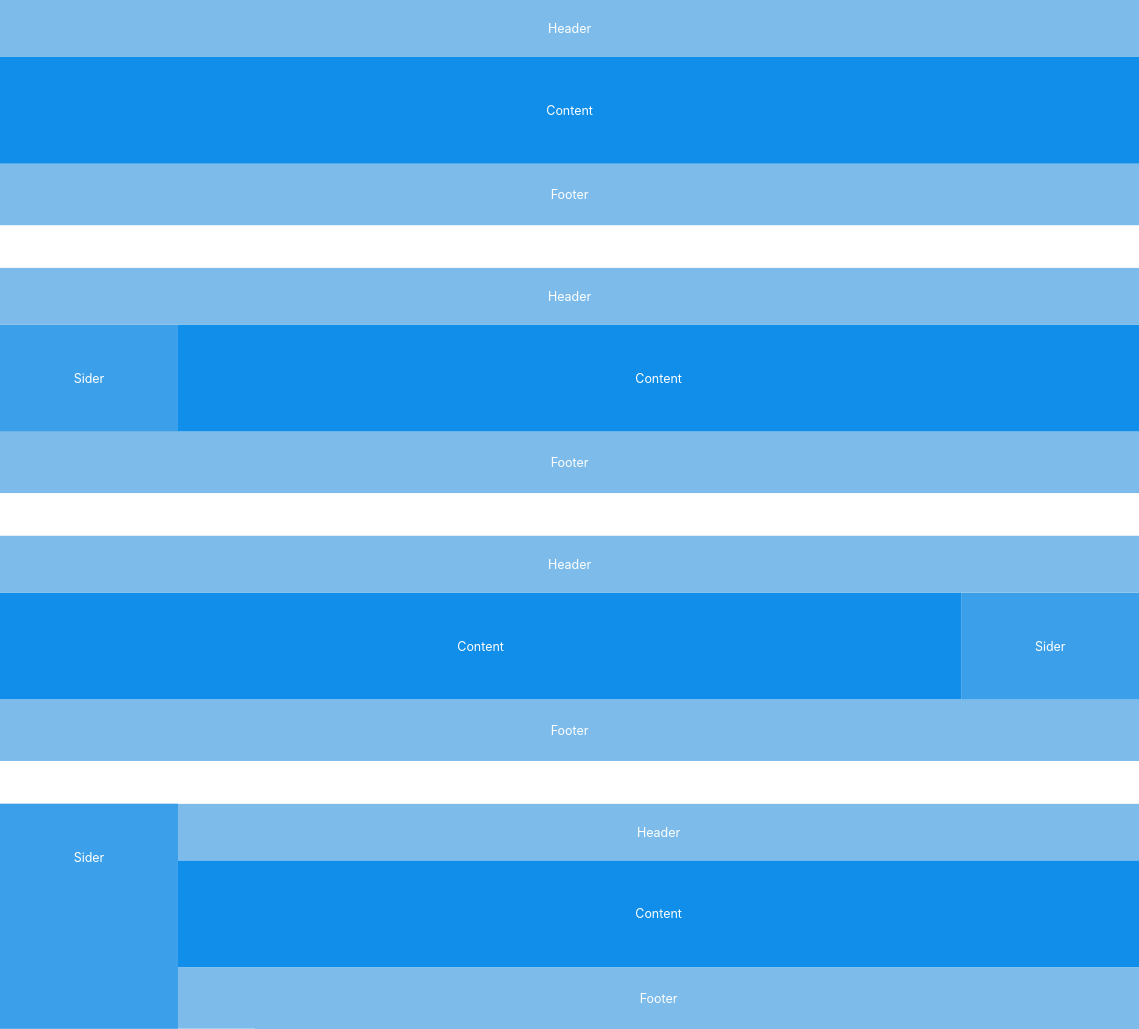
Repository: huynhnt1406/cocktail
Page: /
The author's editor kept a copy of each file at every save. The page is drawn from the files as they stood at one save, then again after the next save.
The browser window is 1280 px wide. The pictures show the whole page, at 89% of full size.
The project was rebuilt for these pictures with package versions that can differ from the ones it lists, and the page was loaded fresh each time.

Above is the page before, as saved 2021-05-05 23:34:04.

### public/index.html
<!DOCTYPE html>
<html lang="">
  <head>
    <meta charset="utf-8">
    <meta http-equiv="X-UA-Compatible" content="IE=edge">
    <meta name="viewport" content="width=device-width,initial-scale=1.0">
    <link rel="icon" href="<%= BASE_URL %>favicon.ico">
    <title><%= htmlWebpackPlugin.options.title %></title>
    <link rel="preconnect" href="https://fonts.gstatic.com">
    <link href="https://fonts.googleapis.com/css2?family=Poppins:ital,wght@0,200;0,300;1,400&display=swap" rel="stylesheet">
  </head>
  <body>
    <noscript>
      <strong>We're sorry but <%= htmlWebpackPlugin.options.title %> doesn't work properly without JavaScript enabled. Please enable it to continue.</strong>
    </noscript>
    <div id="app"></div>
    <!-- built files will be auto injected -->
  </body>
</html>

### src/main.js
import Vue from 'vue'
import App from './App.vue'
import store from './store/index'
import router from './router/index'
import 'ant-design-vue/dist/antd.css';
import Antd from 'ant-design-vue';
Vue.config.productionTip = false
Vue.use(Antd);
new Vue({
  store,
  router,
  render: h => h(App),
}).$mount('#app')

### src/App.vue
<template>
  <div id="components-layout-demo-basic">
    <a-layout>
      <a-layout-header>Header</a-layout-header>
      <a-layout-content>Content</a-layout-content>
      <a-layout-footer>Footer</a-layout-footer>
    </a-layout>

    <a-layout>
      <a-layout-header>Header</a-layout-header>
      <a-layout>
        <a-layout-sider>Sider</a-layout-sider>
        <a-layout-content>Content</a-layout-content>
      </a-layout>
      <a-layout-footer>Footer</a-layout-footer>
    </a-layout>

    <a-layout>
      <a-layout-header>Header</a-layout-header>
      <a-layout>
        <a-layout-content>Content</a-layout-content>
        <a-layout-sider>Sider</a-layout-sider>
      </a-layout>
      <a-layout-footer>Footer</a-layout-footer>
    </a-layout>

    <a-layout>
      <a-layout-sider>Sider</a-layout-sider>
      <a-layout>
        <a-layout-header>Header</a-layout-header>
        <a-layout-content>Content</a-layout-content>
        <a-layout-footer>Footer</a-layout-footer>
      </a-layout>
    </a-layout>
  </div>
</template>

<style>
#components-layout-demo-basic {
  text-align: center;
}
#components-layout-demo-basic .ant-layout-header,
#components-layout-demo-basic .ant-layout-footer {
  background: #7dbcea;
  color: #fff;
}
#components-layout-demo-basic .ant-layout-footer {
  line-height: 1.5;
}
#components-layout-demo-basic .ant-layout-sider {
  background: #3ba0e9;
  color: #fff;
  line-height: 120px;
}
#components-layout-demo-basic .ant-layout-content {
  background: rgba(16, 142, 233, 1);
  color: #fff;
  min-height: 120px;
  line-height: 120px;
}
#components-layout-demo-basic > .ant-layout {
  margin-bottom: 48px;
}
#components-layout-demo-basic > .ant-layout:last-child {
  margin: 0;
}
</style>

### src/store/index.js
import Vue from 'vue'
import Vuex from 'vuex'
import cocktail from './modules/cocktail'
Vue.use(Vuex)
export default new Vuex.Store({
    modules:{
        cocktail
    }
})

### src/router/index.js
import Vue from 'vue'
import VueRouter from 'vue-router'

Vue.use(VueRouter)

export default new VueRouter({
    mode:'history'
})

### src/store/modules/cocktail.js
import axios from 'axios'

const state = {
    cocktailLists: []
}
const getters = {
    allCocktails : state => state.cocktailLists
}
const actions = {
    async fetchCocktail({commit}){
        const res = await axios.get('https://www.thecocktaildb.com/api/json/v1/1/search.php?f=b')
        commit('getCocktail', res.data.drinks)
        console.log(res.data.drinks)
    }
}

const mutations = {
    getCocktail : (state, cocktailLists) => state.cocktailLists = cocktailLists
}

export default {
    state,getters,actions,mutations
}

After the next save:
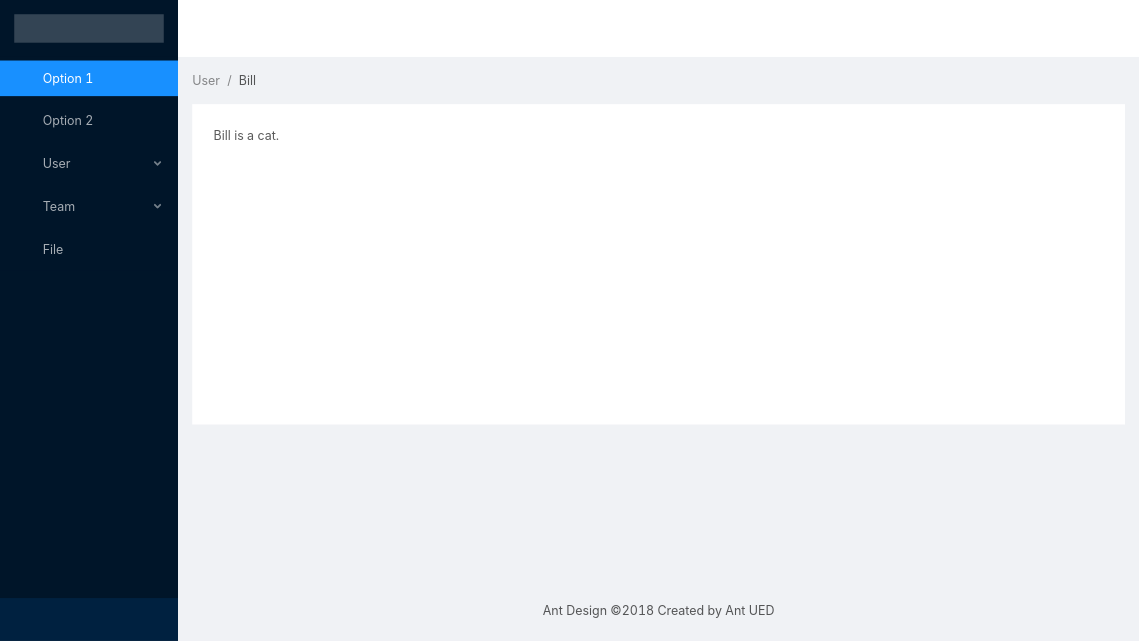
Saved 2 min 50 s later.
--- a/src/App.vue
+++ b/src/App.vue
@@ -1,67 +1,74 @@
 <template>
-  <div id="components-layout-demo-basic">
+  <a-layout id="components-layout-demo-side" style="min-height: 100vh">
+    <a-layout-sider v-model="collapsed" collapsible>
+      <div class="logo" />
+      <a-menu theme="dark" :default-selected-keys="['1']" mode="inline">
+        <a-menu-item key="1">
+          <a-icon type="pie-chart" />
+          <span>Option 1</span>
+        </a-menu-item>
+        <a-menu-item key="2">
+          <a-icon type="desktop" />
+          <span>Option 2</span>
+        </a-menu-item>
+        <a-sub-menu key="sub1">
+          <span slot="title"><a-icon type="user" /><span>User</span></span>
+          <a-menu-item key="3">
+            Tom
+          </a-menu-item>
+          <a-menu-item key="4">
+            Bill
+          </a-menu-item>
+          <a-menu-item key="5">
+            Alex
+          </a-menu-item>
+        </a-sub-menu>
+        <a-sub-menu key="sub2">
+          <span slot="title"><a-icon type="team" /><span>Team</span></span>
+          <a-menu-item key="6">
+            Team 1
+          </a-menu-item>
+          <a-menu-item key="8">
+            Team 2
+          </a-menu-item>
+        </a-sub-menu>
+        <a-menu-item key="9">
+          <a-icon type="file" />
+          <span>File</span>
+        </a-menu-item>
+      </a-menu>
+    </a-layout-sider>
     <a-layout>
-      <a-layout-header>Header</a-layout-header>
-      <a-layout-content>Content</a-layout-content>
-      <a-layout-footer>Footer</a-layout-footer>
+      <a-layout-header style="background: #fff; padding: 0" />
+      <a-layout-content style="margin: 0 16px">
+        <a-breadcrumb style="margin: 16px 0">
+          <a-breadcrumb-item>User</a-breadcrumb-item>
+          <a-breadcrumb-item>Bill</a-breadcrumb-item>
+        </a-breadcrumb>
+        <div :style="{ padding: '24px', background: '#fff', minHeight: '360px' }">
+          Bill is a cat.
+        </div>
+      </a-layout-content>
+      <a-layout-footer style="text-align: center">
+        Ant Design ©2018 Created by Ant UED
+      </a-layout-footer>
     </a-layout>
-
-    <a-layout>
-      <a-layout-header>Header</a-layout-header>
-      <a-layout>
-        <a-layout-sider>Sider</a-layout-sider>
-        <a-layout-content>Content</a-layout-content>
-      </a-layout>
-      <a-layout-footer>Footer</a-layout-footer>
-    </a-layout>
-
-    <a-layout>
-      <a-layout-header>Header</a-layout-header>
-      <a-layout>
-        <a-layout-content>Content</a-layout-content>
-        <a-layout-sider>Sider</a-layout-sider>
-      </a-layout>
-      <a-layout-footer>Footer</a-layout-footer>
-    </a-layout>
-
-    <a-layout>
-      <a-layout-sider>Sider</a-layout-sider>
-      <a-layout>
-        <a-layout-header>Header</a-layout-header>
-        <a-layout-content>Content</a-layout-content>
-        <a-layout-footer>Footer</a-layout-footer>
-      </a-layout>
-    </a-layout>
-  </div>
+  </a-layout>
 </template>
+<script>
+export default {
+  data() {
+    return {
+      collapsed: false,
+    };
+  },
+};
+</script>
 
 <style>
-#components-layout-demo-basic {
-  text-align: center;
-}
-#components-layout-demo-basic .ant-layout-header,
-#components-layout-demo-basic .ant-layout-footer {
-  background: #7dbcea;
-  color: #fff;
-}
-#components-layout-demo-basic .ant-layout-footer {
-  line-height: 1.5;
-}
-#components-layout-demo-basic .ant-layout-sider {
-  background: #3ba0e9;
-  color: #fff;
-  line-height: 120px;
-}
-#components-layout-demo-basic .ant-layout-content {
-  background: rgba(16, 142, 233, 1);
-  color: #fff;
-  min-height: 120px;
-  line-height: 120px;
-}
-#components-layout-demo-basic > .ant-layout {
-  margin-bottom: 48px;
-}
-#components-layout-demo-basic > .ant-layout:last-child {
-  margin: 0;
+#components-layout-demo-side .logo {
+  height: 32px;
+  background: rgba(255, 255, 255, 0.2);
+  margin: 16px;
 }
 </style>
